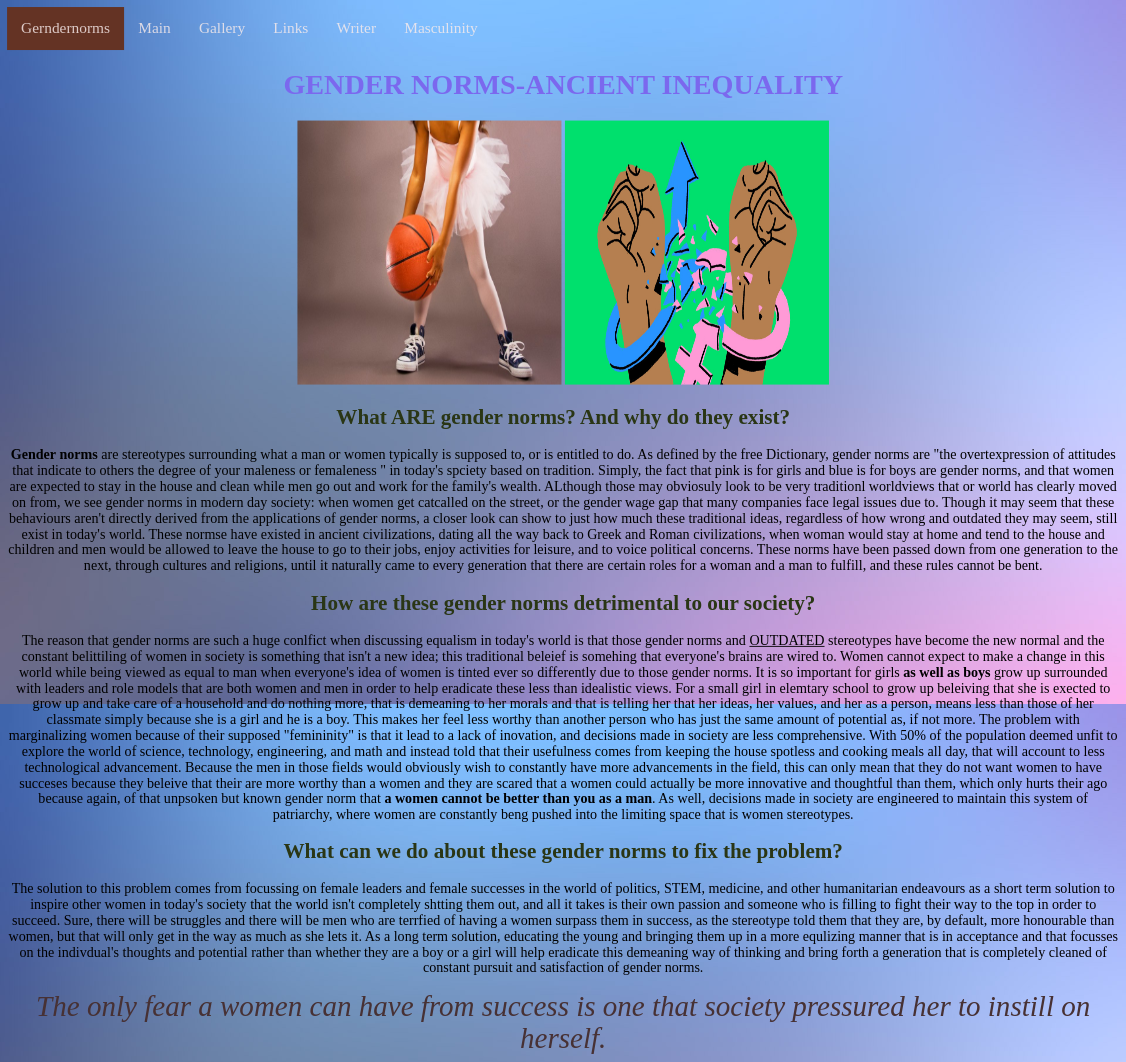
Repository: Lujaina-E/womens-rights-site
Page: gendernorms.html
An editor plug-in stored every save of this project. The page is shown before and after the next save, followed by the edit.
The browser window is 1280 px wide. The pictures show the whole page, at 88% of full size.
Backgrounds fixed to the window are drawn as part of the page.

Above is the page before, as saved 2022-07-26 00:06:24.

After the next save:
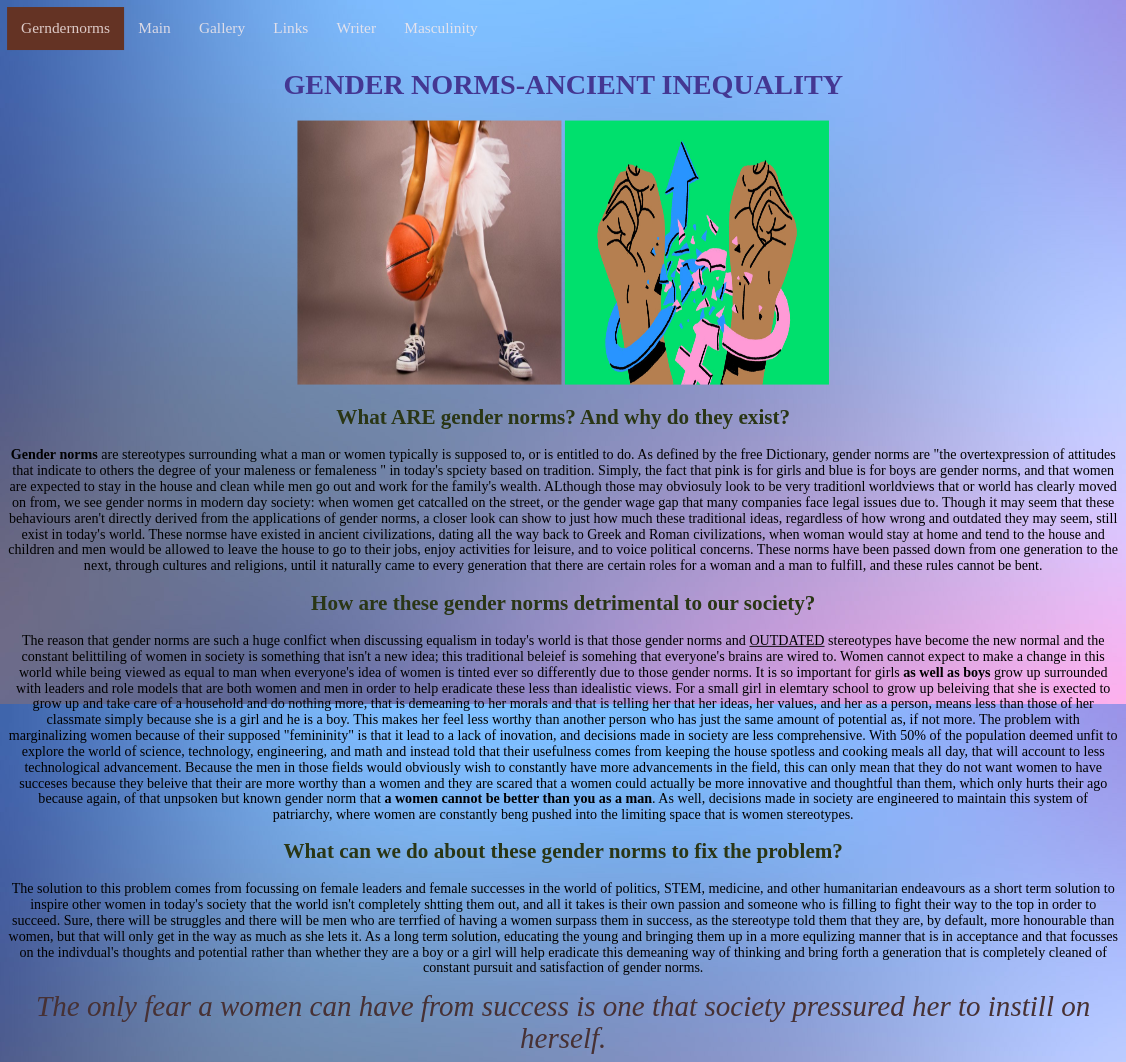
Saved 10 s later.
--- a/gendernormsStyle.css
+++ b/gendernormsStyle.css
@@ -10,7 +10,7 @@
             }
 
             #pageTitle {
-                 color: mediumslateblue;
+                 color: rgb(68, 55, 146);
             }
 
             #photoID {
